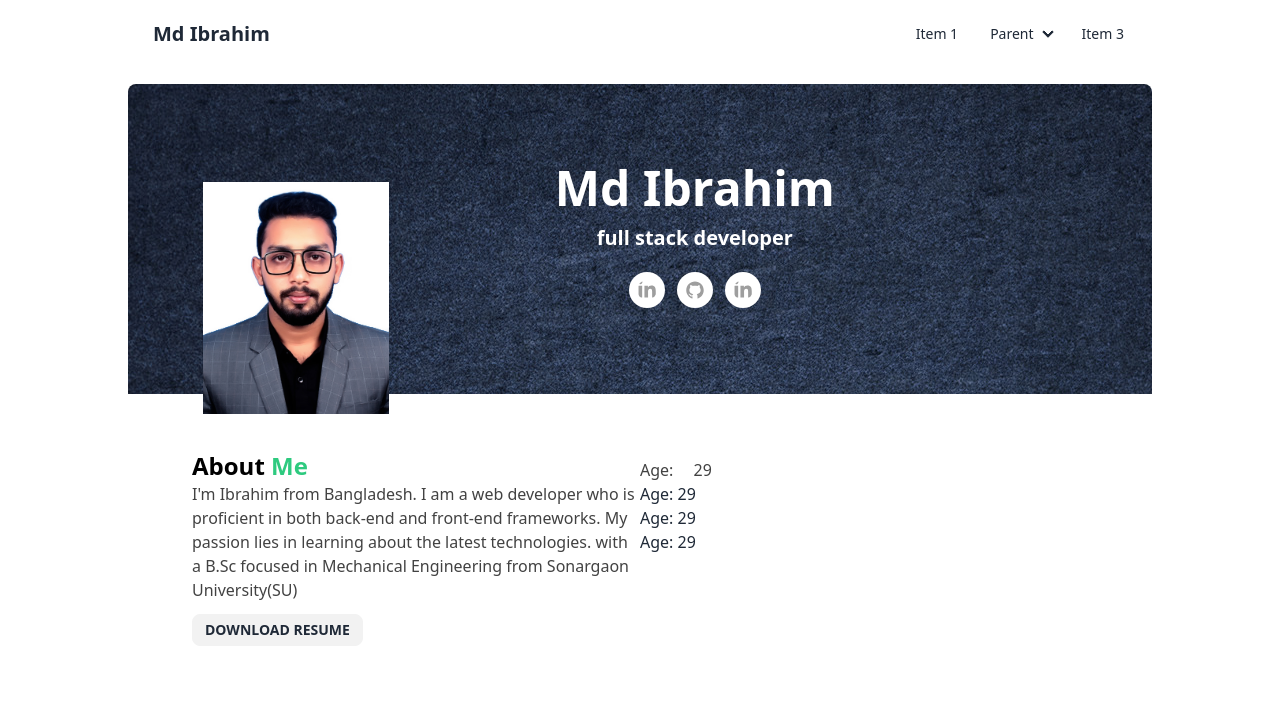
Repository: mdrubel02/portfilo
Page: /
An editor plug-in stored every save of this project. The page is shown before and after the next save, followed by the edit.
The browser window is 1280 px wide. The pictures show the whole page.
The project was rebuilt for these pictures with package versions that can differ from the ones it lists, and the page was loaded fresh each time. Also part of the build but not shown: vite.config.js.

Above is the page before, as saved 2023-06-25 16:59:52.

After the next save:
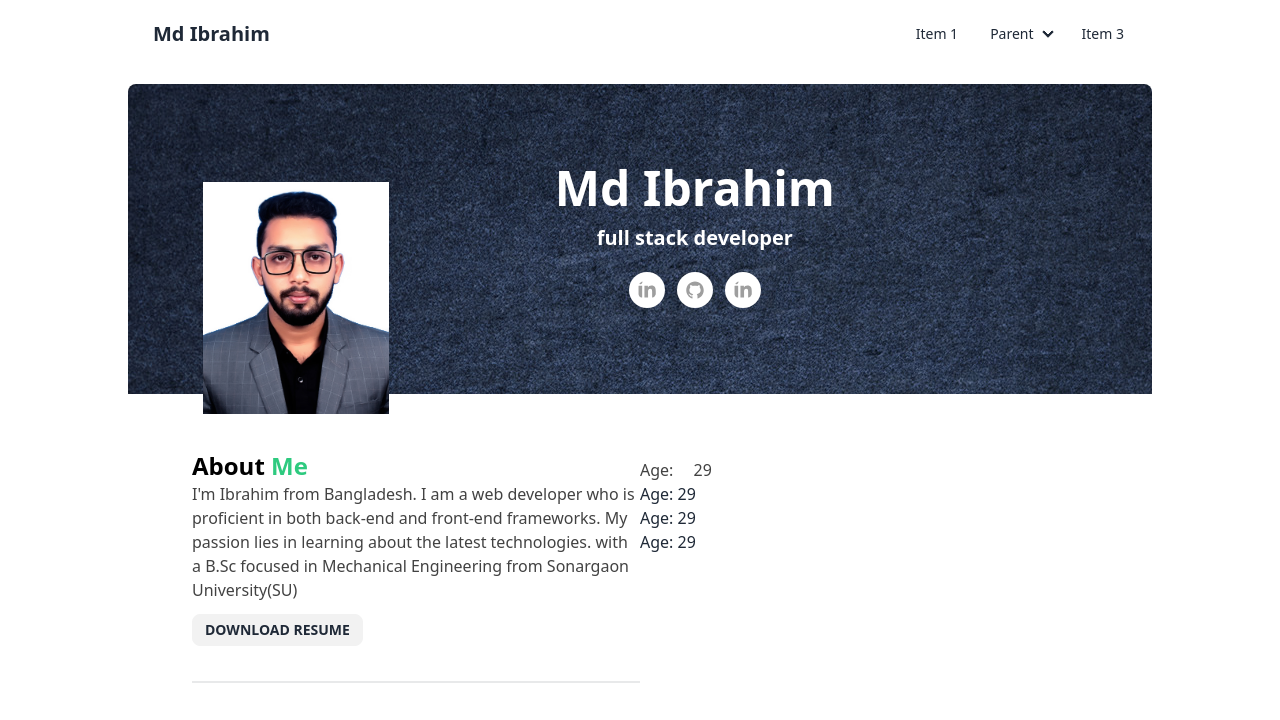
Saved 2 min 22 s later.
--- a/src/Pages/Home/me.jsx
+++ b/src/Pages/Home/me.jsx
@@ -8,6 +8,7 @@
                     <h2 className='text-2xl font-bold font-poppins text-black'>About <span className='text-[#2eca7f]'>Me</span></h2>
                     <p className='text-[#424242] mb-3'>I'm Ibrahim from Bangladesh. I am a web developer who is proficient in both back-end and front-end frameworks. My passion lies in learning about the latest technologies. with a B.Sc focused in Mechanical Engineering from Sonargaon University(SU)</p>
                     <button className='btn btn-sm mb-3'>Download resume</button>
+                    <div className="divider"></div>
                 </div>
                 <div className='md:w-3/6 lg:mt-16 max-[600px]:ms-5'>
                     <div>

After the save that followed:
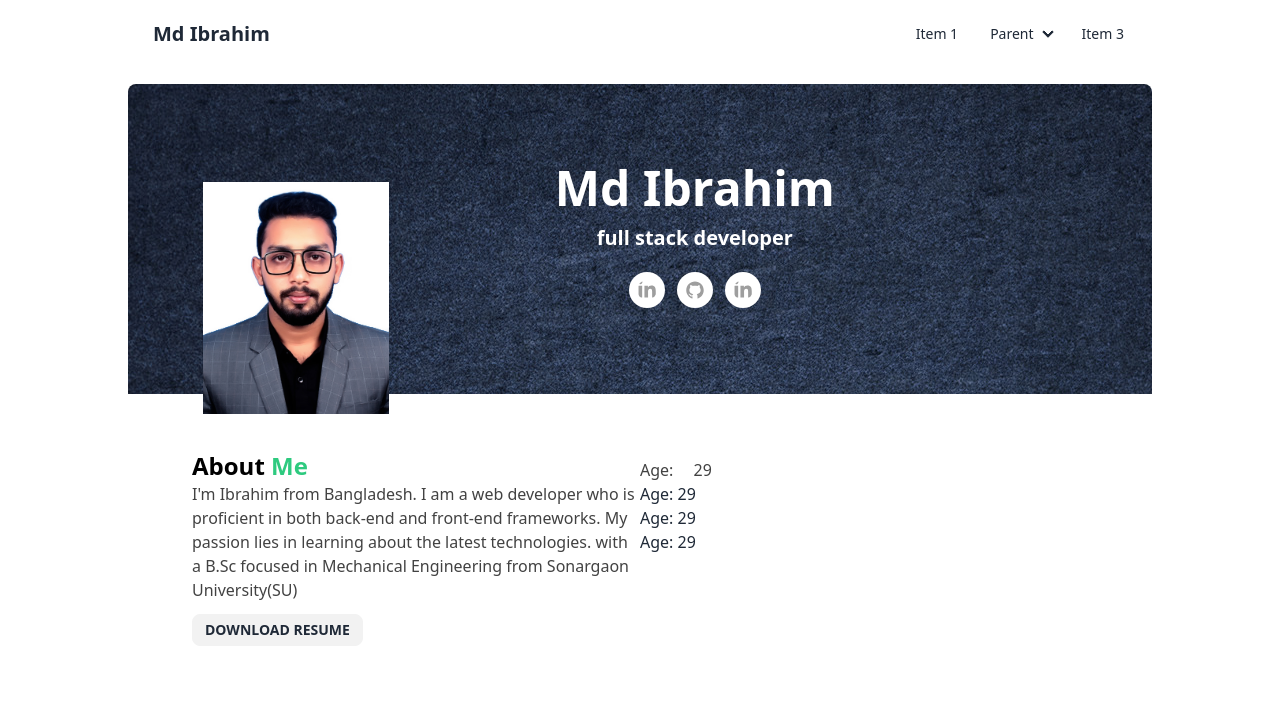
Saved 27 s later.
--- a/src/Pages/Home/me.jsx
+++ b/src/Pages/Home/me.jsx
@@ -8,8 +8,9 @@
                     <h2 className='text-2xl font-bold font-poppins text-black'>About <span className='text-[#2eca7f]'>Me</span></h2>
                     <p className='text-[#424242] mb-3'>I'm Ibrahim from Bangladesh. I am a web developer who is proficient in both back-end and front-end frameworks. My passion lies in learning about the latest technologies. with a B.Sc focused in Mechanical Engineering from Sonargaon University(SU)</p>
                     <button className='btn btn-sm mb-3'>Download resume</button>
-                    <div className="divider"></div>
+
                 </div>
+                <div className="divider"></div>
                 <div className='md:w-3/6 lg:mt-16 max-[600px]:ms-5'>
                     <div>
                         <h4 className='text-[#424242] '>Age: <span className='ms-4'>29</span></h4>
